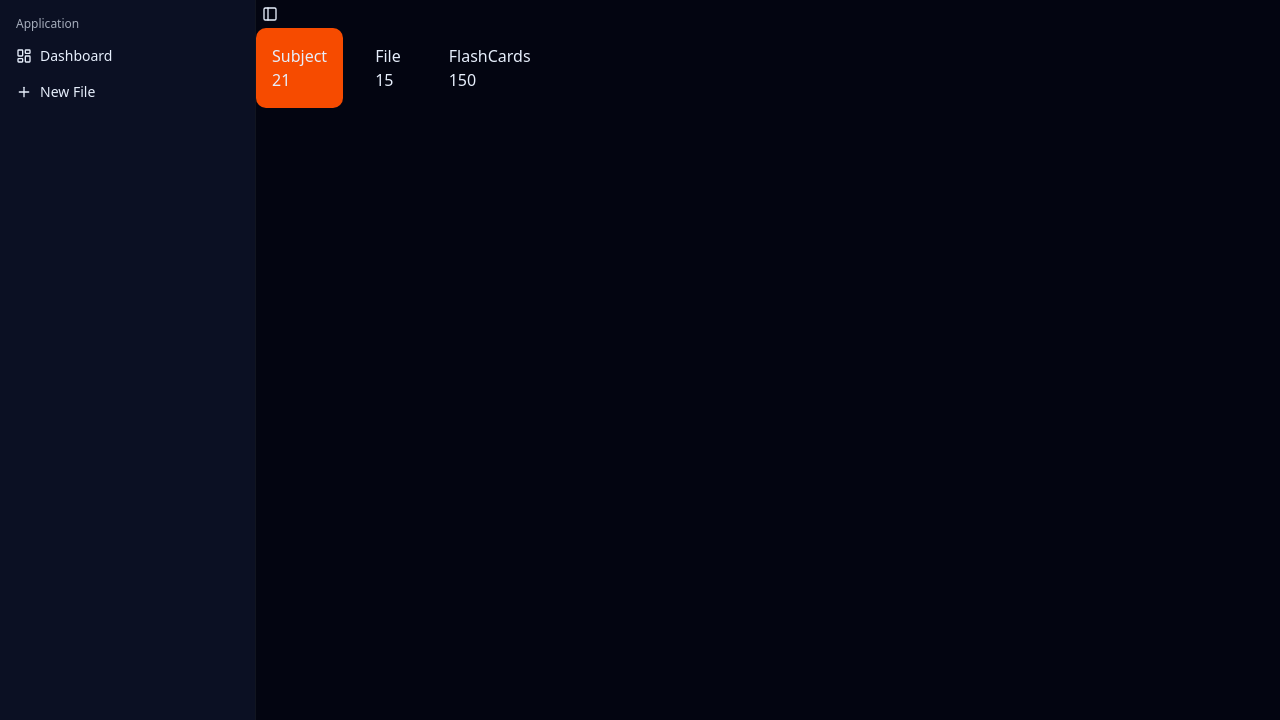
Repository: SywarDer/Student-Assistance
Page: /dashboard (app in student-assistant/)
These files come from the project's save history. The page is drawn as it stood at one moment and after the next save; the edit follows.
The browser window is 1280 px wide. The pictures show the whole page.
The project was rebuilt for these pictures with package versions that can differ from the ones it lists, and the page was loaded fresh each time. The framework's server and built-in components were replaced by stand-ins that run in the browser. Also part of the build but not shown: student-assistant/next.config.ts, student-assistant/components/ui/input.tsx, student-assistant/components/ui/separator.tsx, student-assistant/components/ui/skeleton.tsx. Imported but missing from the stored project, and not drawn on this page: student-assistant/components/ui/sheet.

Above is the page before, as saved 2025-10-30 19:52:49.

After the next save:
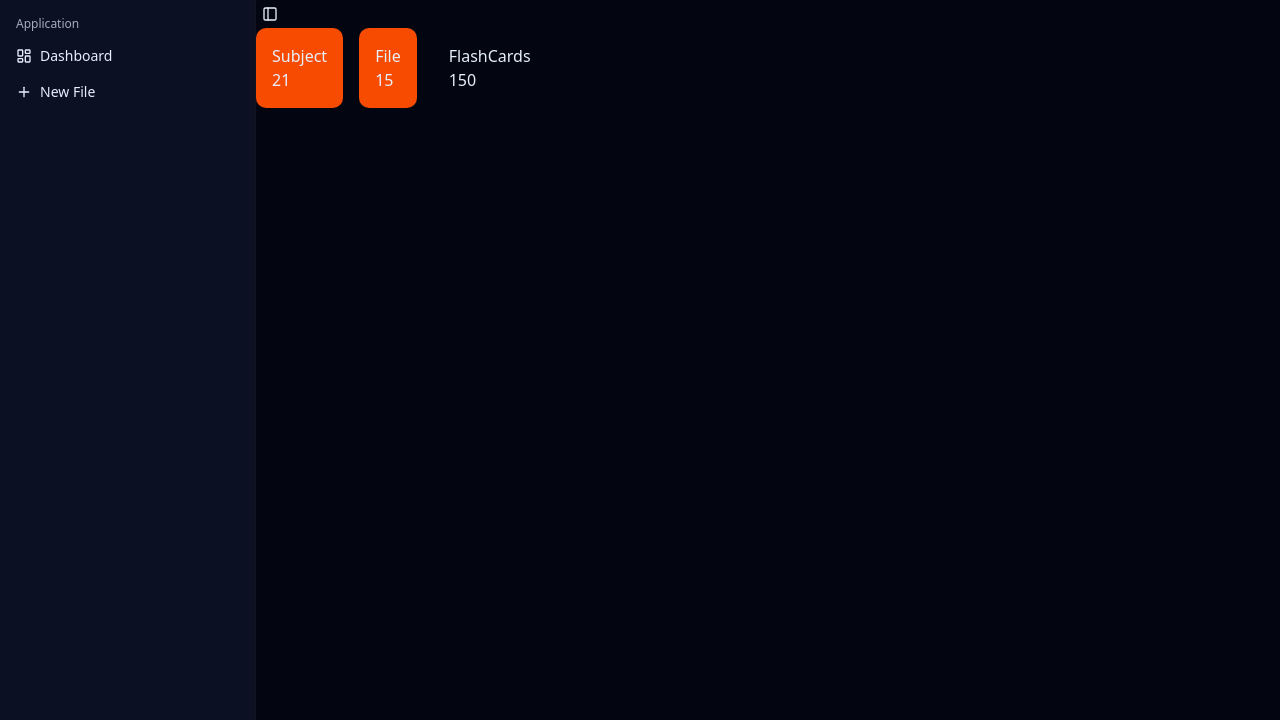
Saved 24 s later.
--- a/student-assistant/app/dashboard/page.tsx
+++ b/student-assistant/app/dashboard/page.tsx
@@ -9,7 +9,10 @@ export default function Dashboard(){
                 <h1 className="">Subject</h1>
                 <h1>21</h1>
             </div>
-            <div className="rounded-lg p-4">
+            <div className="rounded-lg p-4" style={{
+        backgroundColor: "var(--chart-1)",
+        color: "var(--card-foreground)",
+      }}>
                 <h1>File</h1>
                 <h1>15</h1>
             </div>
